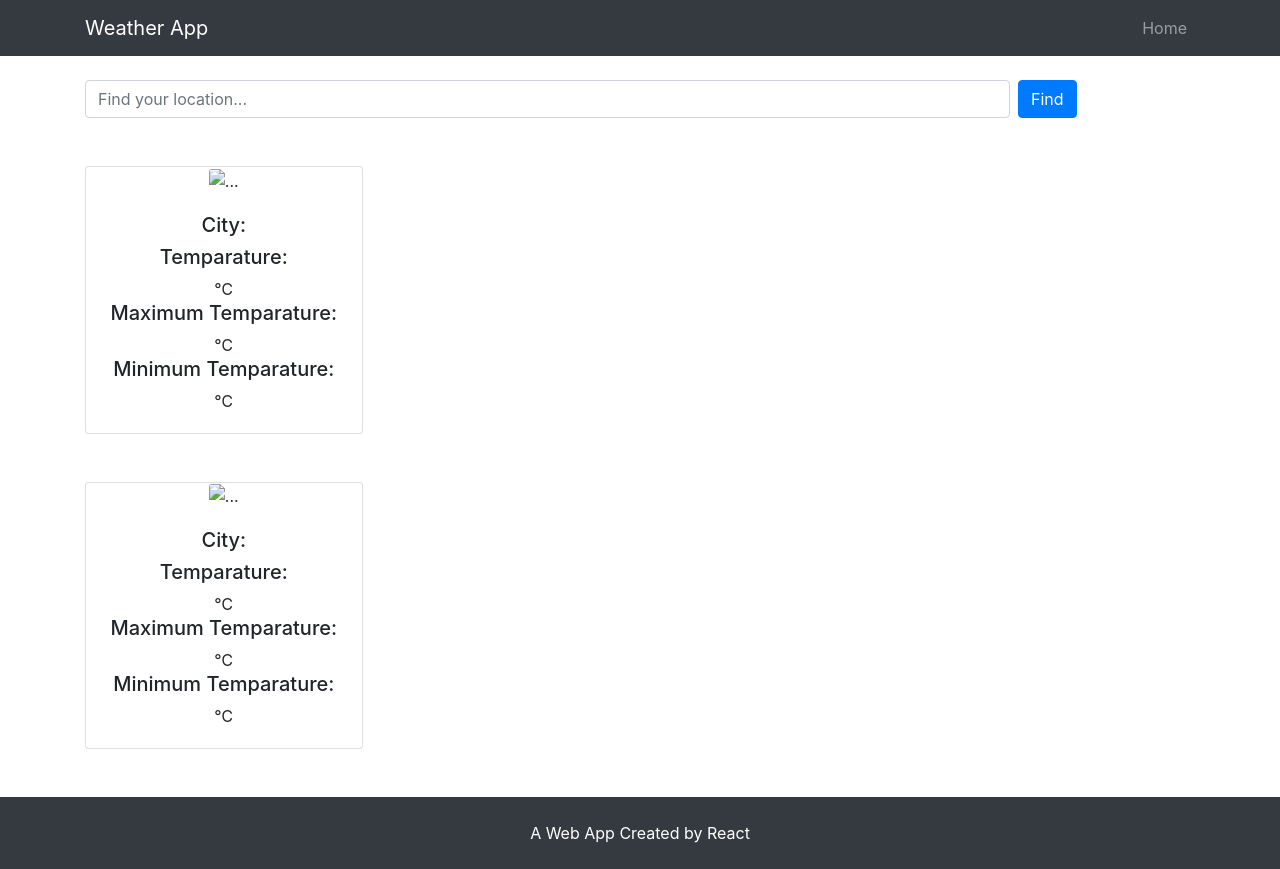
Repository: smk87/weather-app-react
Page: /
These files come from the project's save history. The page is drawn as it stood at one moment and after the next save; the edit follows.
The browser window is 1280 px wide. The pictures show the whole page.
The page's requests for data from a server got no answer. Some web libraries are served in a nearby version. The project was rebuilt for these pictures with package versions that can differ from the ones it lists, and the page was loaded fresh each time. A package was used in the major version that the imports need, not the one package.json lists. No one was signed in, and anything a server would have sent is missing.

Above is the page before, as saved 2019-02-06 17:36:11.

After the next save:
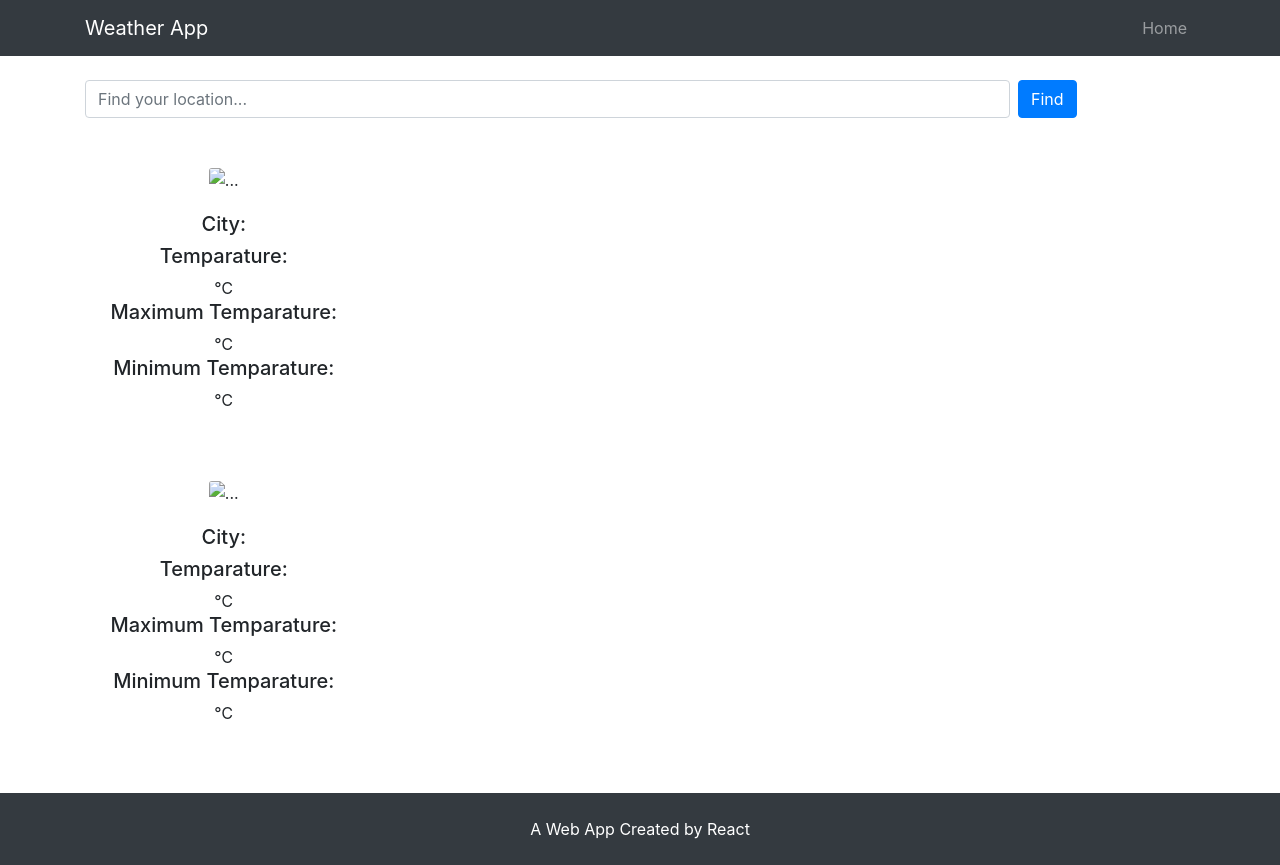
Saved 111 s later.
--- a/src/components/Weather.js
+++ b/src/components/Weather.js
@@ -89,7 +89,7 @@
 
   render() {
     return (
-      <div className="mt-5 mr-2 h-50 w-25 card">
+      <div className="mt-5 mr-2 h-50 w-25">
         <div>
           <img src={this.state.logo} className="card-img-top" alt="..." />
         </div>

After the save that followed:
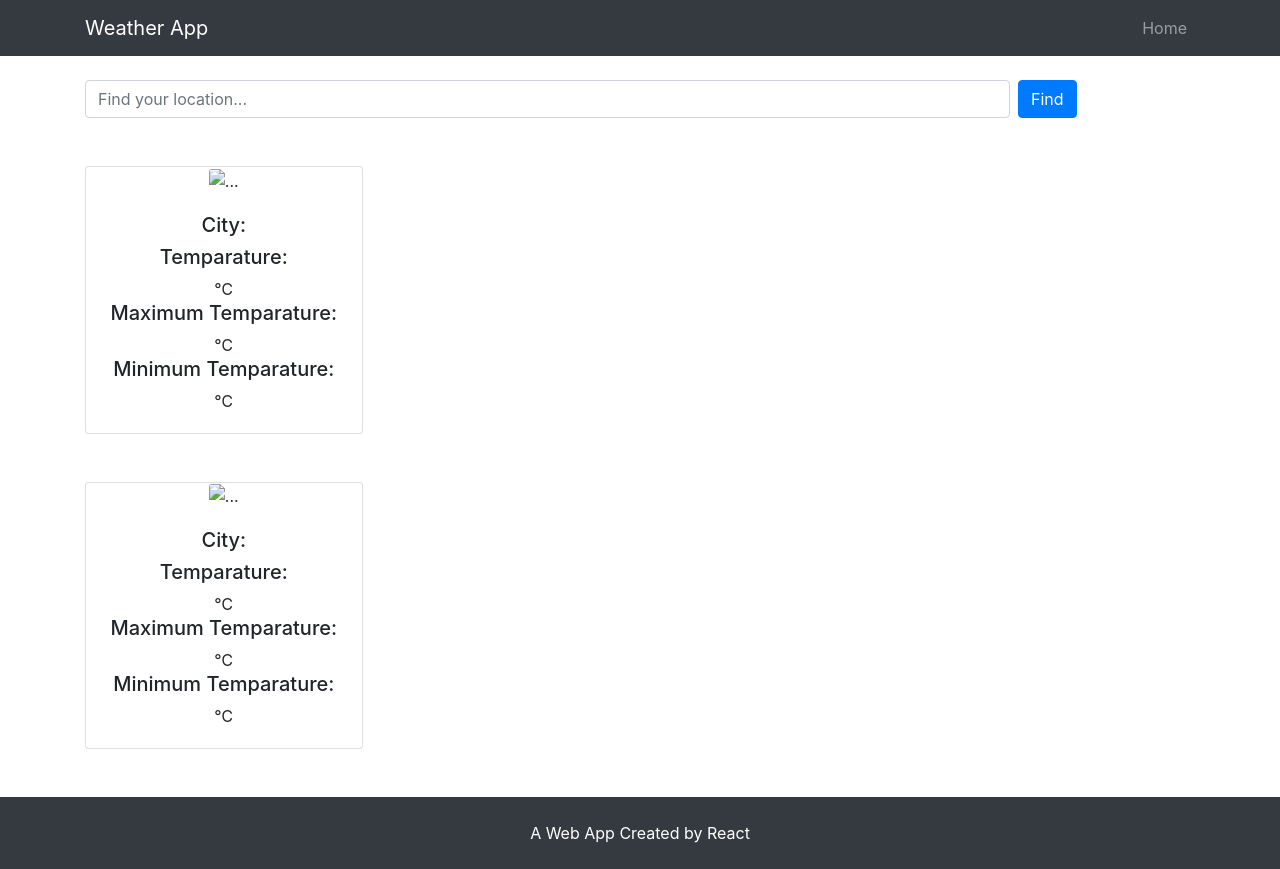
Saved 19 s later.
--- a/src/components/Weather.js
+++ b/src/components/Weather.js
@@ -89,7 +89,7 @@
 
   render() {
     return (
-      <div className="mt-5 mr-2 h-50 w-25">
+      <div className="mt-5 mr-2 h-50 w-25 card">
         <div>
           <img src={this.state.logo} className="card-img-top" alt="..." />
         </div>
